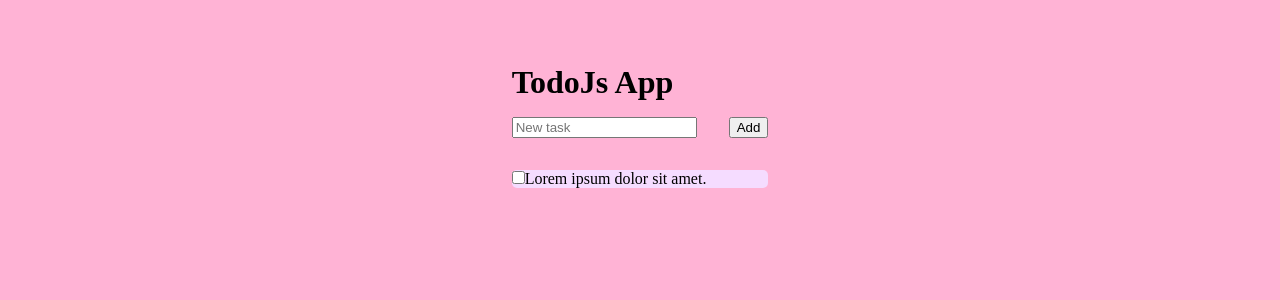
Repository: AlexandraYuhno/todo
Page: index.html
The author's editor kept a copy of each file at every save. The page is drawn from the files as they stood at one save, then again after the next save.
The browser window is 1280 px wide. The pictures show the whole page.

Above is the page before, as saved 2024-06-17 13:45:33.
Console error: TypeError: Cannot read properties of null (reading 'insertAdjacentHTML')

After the next save:
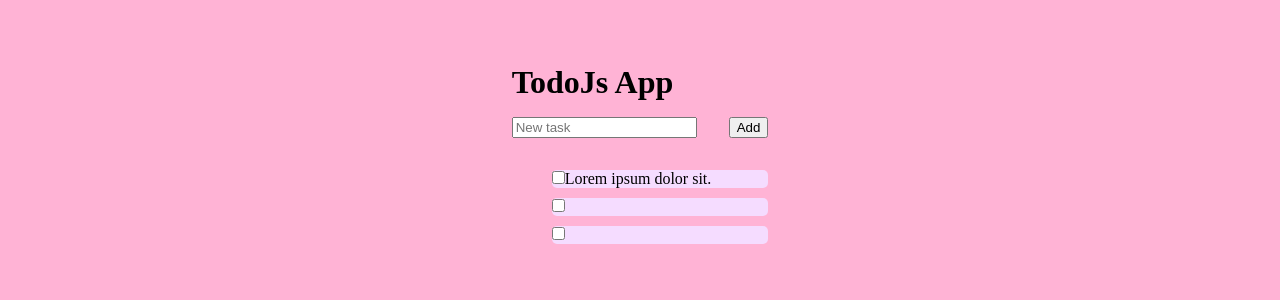
The error is gone.
Saved 3 min 20 s later.
--- a/index.html
+++ b/index.html
@@ -15,14 +15,14 @@
                 <button class="todo__add" id="btnAdd">Add</button>
             </div>
         </div>
-        <div class="todo__list">
-            <div class="todo__task" id="task">
+        <ul class="todo__list" id="taskList">
+            <li class="todo__task" id="task">
               <label class="todo__checkbox">
                 <input type="checkbox">
                 </label>
-             <div class="todo__task-title"> Lorem ipsum dolor sit amet.</div>
-            </div>
-        </div>
+             <div class="todo__task-title"> Lorem ipsum dolor sit.</div>
+            </li>
+        </ul>
     </div>
     <script src="script.js"></script>
 </body>
